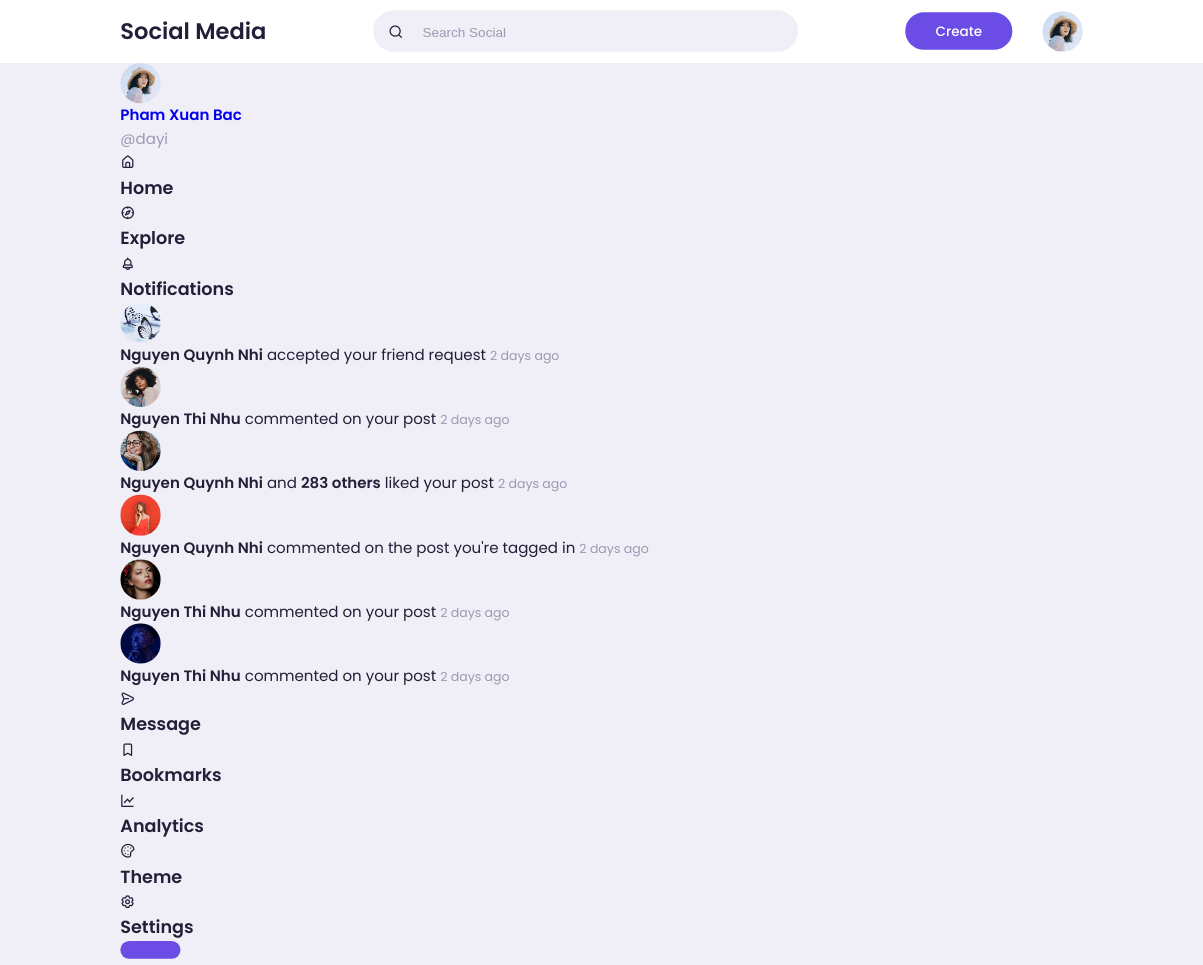
Repository: northpx/socialMedia
Page: index.html
An editor plug-in stored every save of this project. The page is shown before and after the next save, followed by the edit.
The browser window is 1280 px wide. The pictures show the whole page, at 94% of full size.

Above is the page before, as saved 2023-03-07 17:12:02.

After the next save:
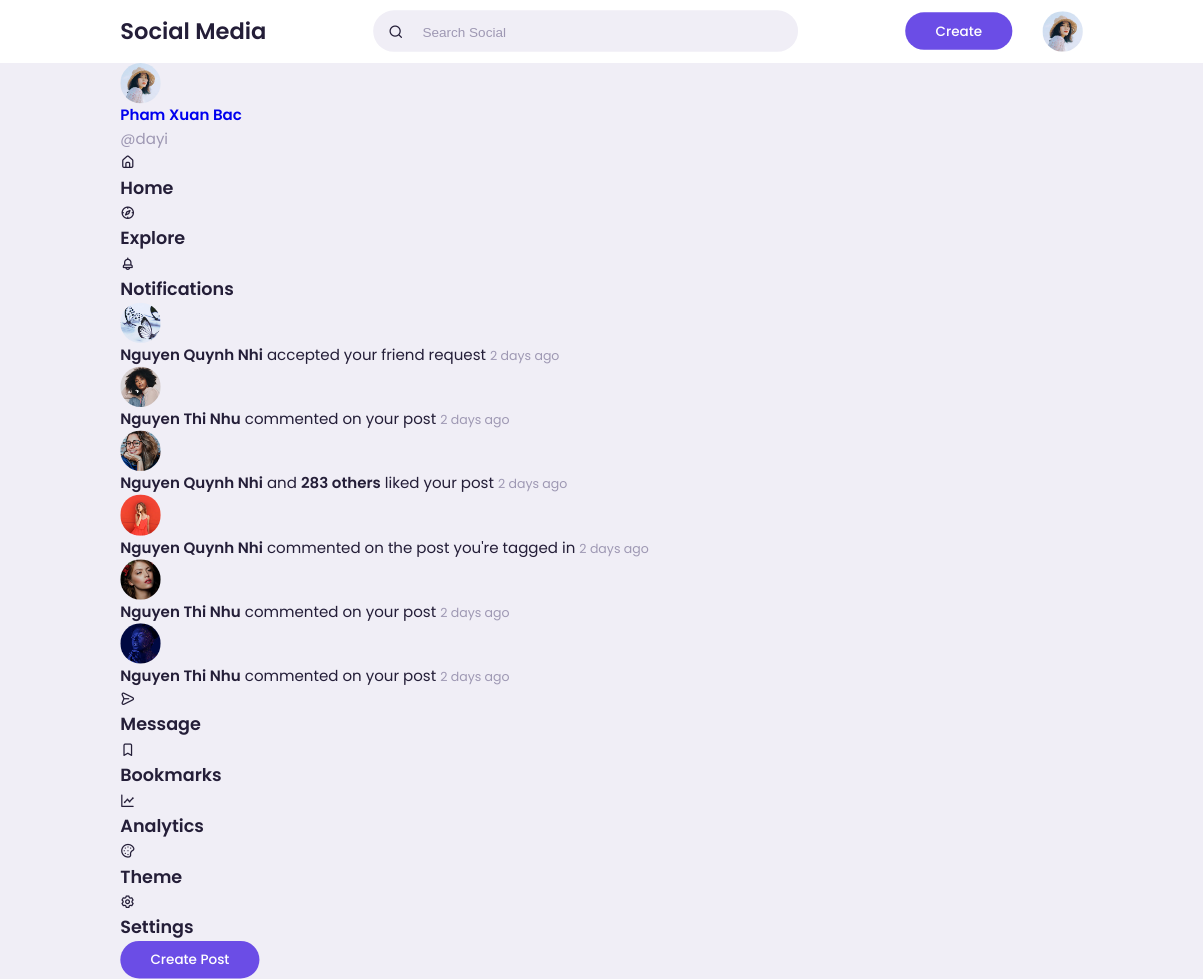
Saved 5 s later.
--- a/index.html
+++ b/index.html
@@ -127,7 +127,7 @@
                     </a>
                 </div>
 
-                <label for="creat-post" class="btn btn-primary"></label>
+                <label for="creat-post" class="btn btn-primary">Create Post</label>
             </div>
             <!-- ===============MIDDLE============== -->
             <div class="middle">
